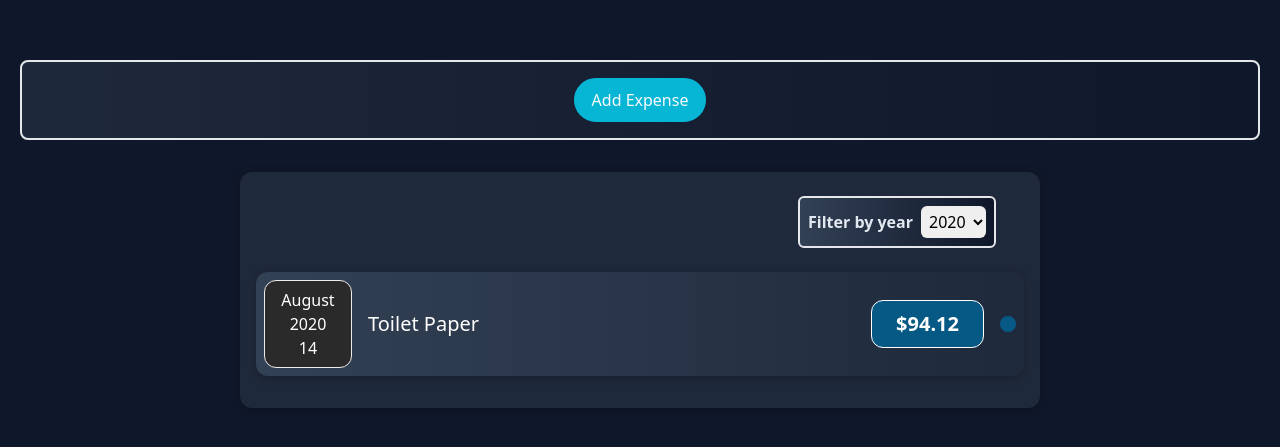
Repository: Sef24/expense-tracker
Page: /
An editor plug-in stored every save of this project. The page is shown before and after the next save, followed by the edit.
The browser window is 1280 px wide. The pictures show the whole page.
The project was rebuilt for these pictures with package versions that can differ from the ones it lists, and the page was loaded fresh each time. Also part of the build but not shown: src/components/NewExpense/NewExpense.css, src/components/NewExpense/ExpenseForm.css, src/components/NewExpense/ExpenseForm.js.

Above is the page before, as saved 2022-05-03 19:48:58.

After the next save:
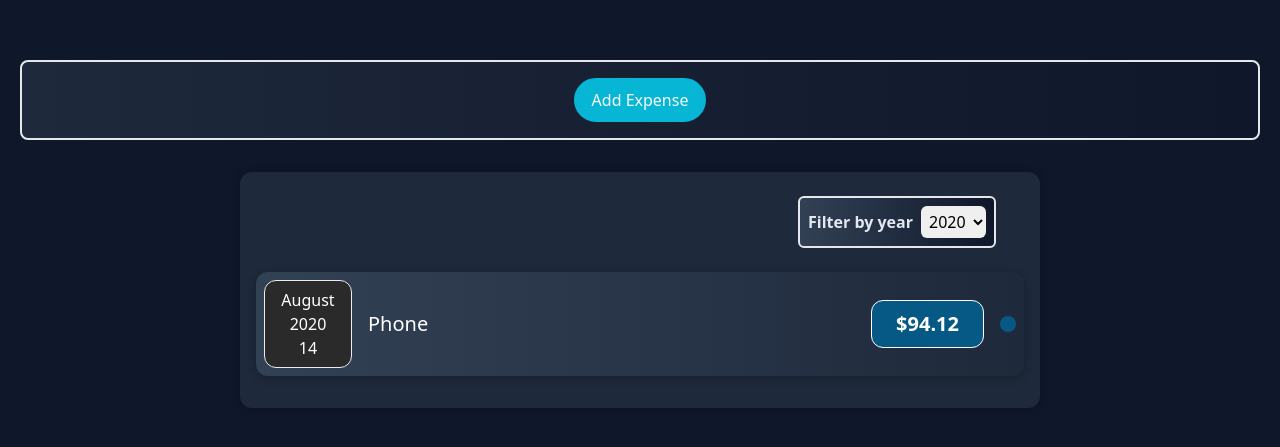
Saved 22 s later.
--- a/src/App.js
+++ b/src/App.js
@@ -5,7 +5,7 @@ import { useState } from "react";
 const DUMMY_DATA = [
   {
     id: "e1",
-    title: "Toilet Paper",
+    title: "Phone",
     amount: 94.12,
     date: new Date(2020, 7, 14),
   },
